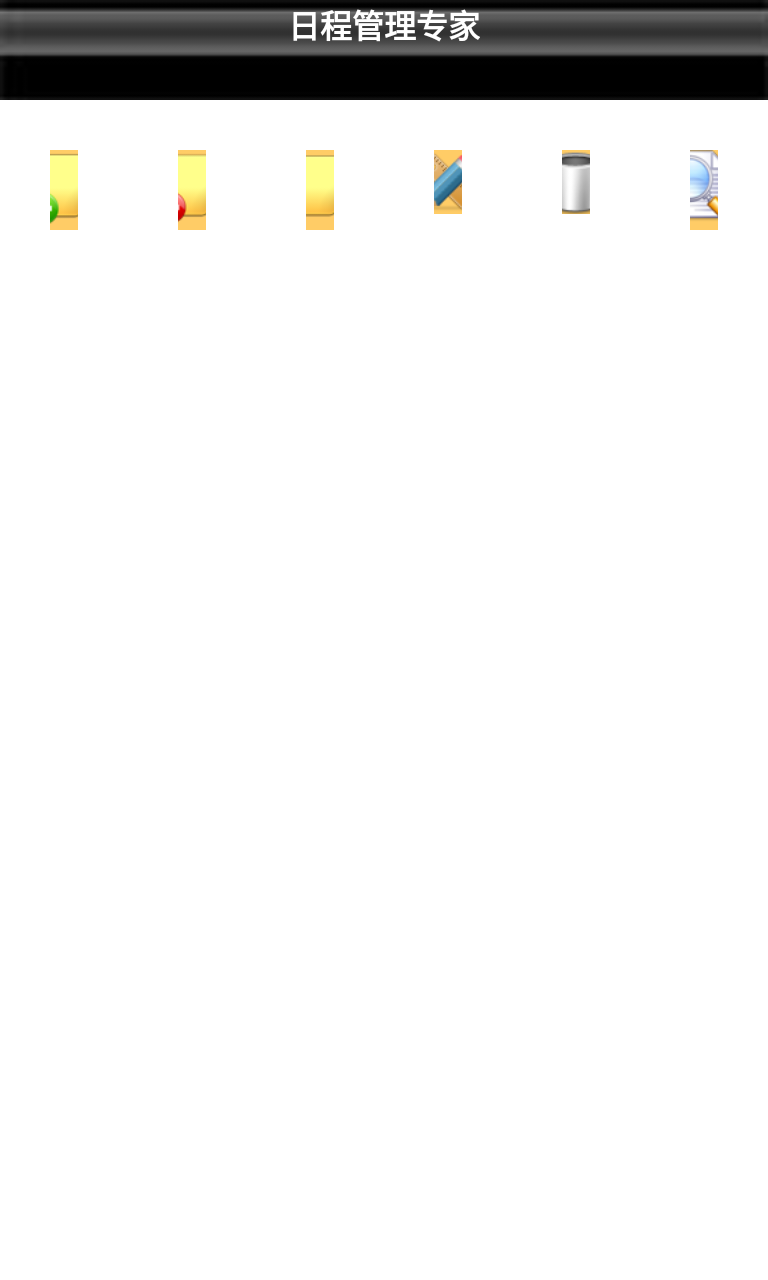
Repository: gogolaile/CoolWeather
Layout: DayDel/res/layout/activity_main.xml
The author's editor kept a copy of each file at every save. The layout is drawn from the files as they stood at one save, then again after the next save.
It is drawn on a 768 x 1280 px phone screen (xhdpi) without system bars, with theme android:Theme.NoTitleBar.Fullscreen; the app's code is not run.

Above is the layout before, as saved 2015-12-04 09:35:16.

After the next save:
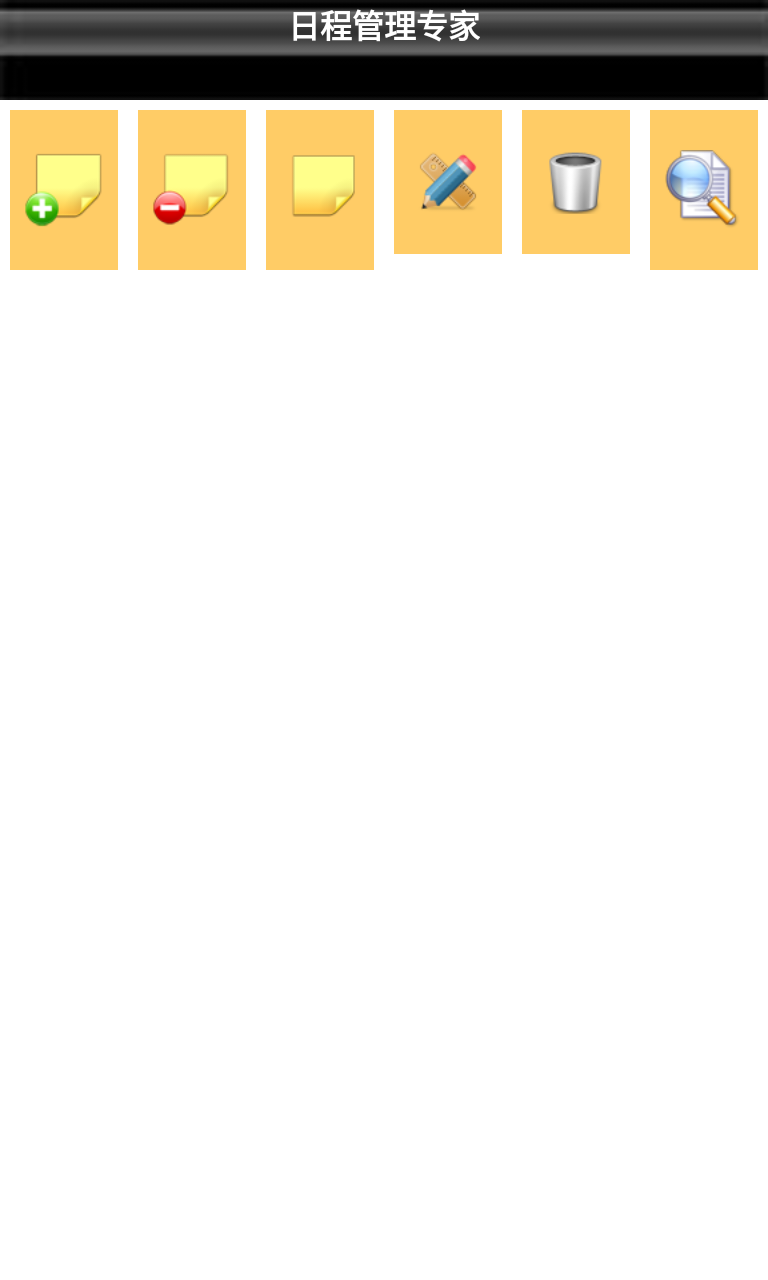
Saved 2 min 26 s later.
--- a/DayDel/res/layout/activity_main.xml
+++ b/DayDel/res/layout/activity_main.xml
@@ -27,7 +27,8 @@
              android:layout_width="0dp"
              android:layout_height="wrap_content"
              android:layout_weight="1"
-             android:layout_margin="25dp"
+             android:layout_margin="5dp"
+             android:padding="20dp"
              android:background="#FFCC66"
              android:src="@drawable/newone"/>
           <ImageButton
@@ -35,7 +36,8 @@
              android:layout_width="0dp"
              android:layout_height="wrap_content"
              android:layout_weight="1"
-             android:layout_margin="25dp"
+             android:layout_margin="5dp"
+             android:padding="20dp"
              android:background="#FFCC66"
              android:src="@drawable/delete"/>
            <ImageButton
@@ -43,7 +45,8 @@
              android:layout_width="0dp"
              android:layout_height="wrap_content"
              android:layout_weight="1"
-             android:layout_margin="25dp"
+             android:layout_margin="5dp"
+             android:padding="20dp"
              android:background="#FFCC66"
              android:src="@drawable/check"/>
             <ImageButton
@@ -51,7 +54,8 @@
              android:layout_width="0dp"
              android:layout_height="wrap_content"
              android:layout_weight="1"
-             android:layout_margin="25dp"
+             android:layout_margin="5dp"
+             android:padding="20dp"
              android:background="#FFCC66"
              android:src="@drawable/edit"/>
            <ImageButton
@@ -59,7 +63,8 @@
              android:layout_width="0dp"
              android:layout_height="wrap_content"
              android:layout_weight="1"
-             android:layout_margin="25dp"
+             android:layout_margin="5dp"
+             android:padding="20dp"
              android:background="#FFCC66"
              android:src="@drawable/deleteall"/>
            <ImageButton
@@ -67,7 +72,8 @@
              android:layout_width="0dp"
              android:layout_height="wrap_content"
              android:layout_weight="1"
-             android:layout_margin="25dp"
+             android:layout_margin="5dp"
+             android:padding="20dp"
              android:background="#FFCC66"
              android:src="@drawable/search"/>
      </LinearLayout>
